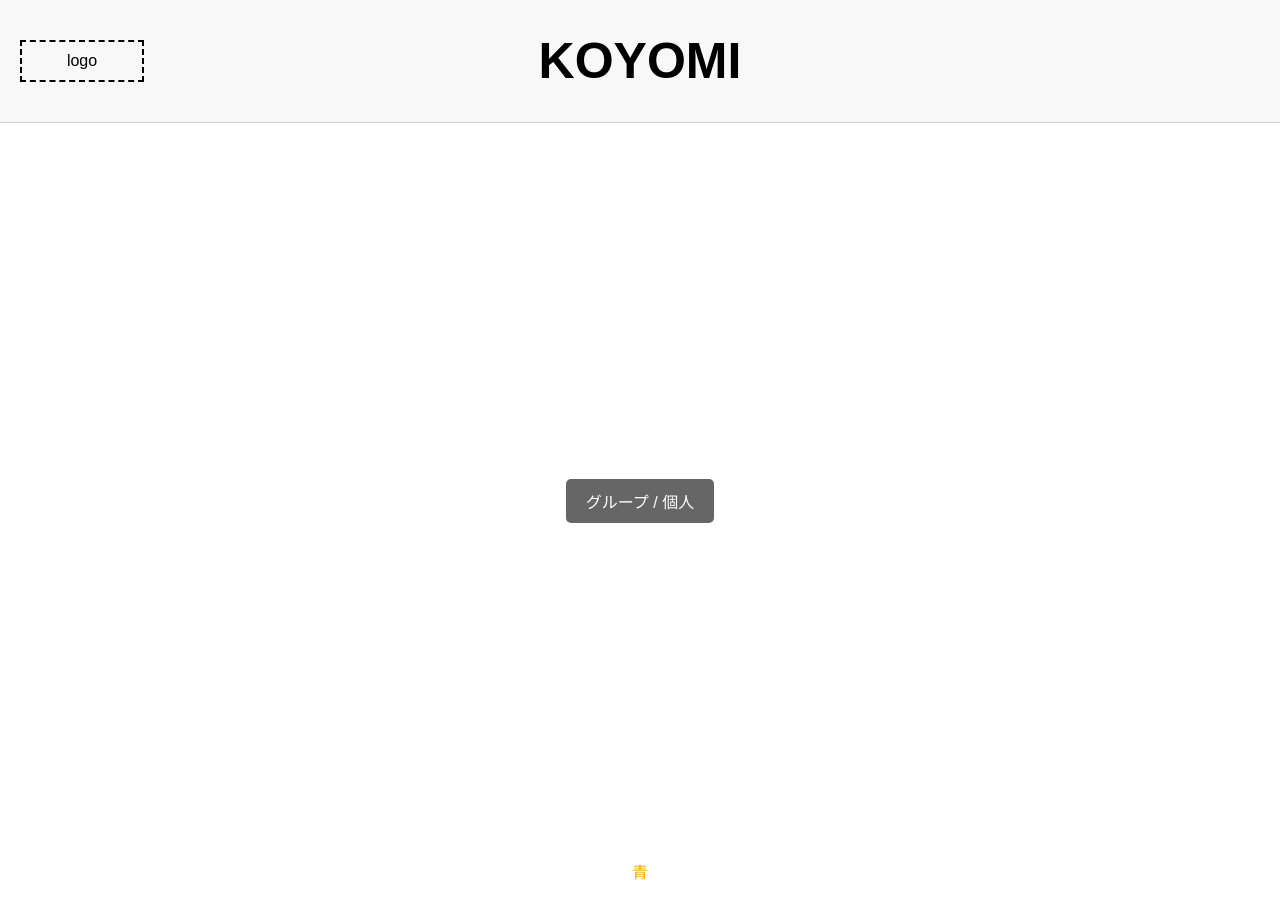
Repository: teramu0602/koyomi
Page: http://localhost/grouplist
The author's editor kept a copy of each file at every save. The page is drawn from the files as they stood at one save, then again after the next save.
The browser window is 1280 px wide. The pictures show the whole page.
Some web fonts or font styles are not loaded; a fallback is used. The page is served by the project's Laravel application, run on PHP 8.4 with Laravel 9. Style sheets and scripts are compiled from the project's sources, by tool versions that may differ from the author's.

Above is the page before, as saved 2025-02-22 10:09:08.

After the next save:
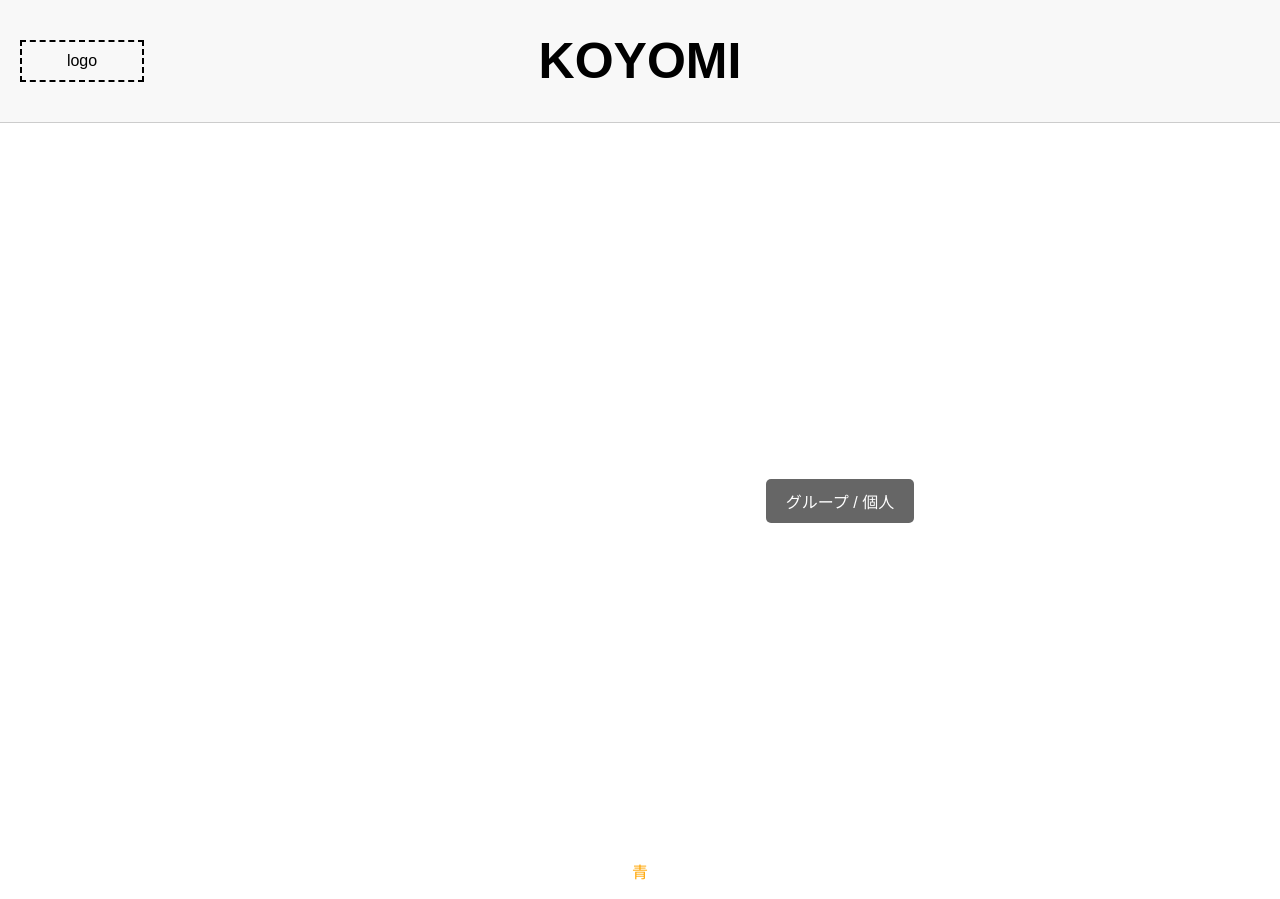
Saved 21 s later.
--- a/public/css/common.admin.css
+++ b/public/css/common.admin.css
@@ -18,7 +18,7 @@ button {
     cursor: pointer;
     margin: 0!important;
     margin-top: 35px!important;
-    margin-right: 0!important;
+    margin-left: 400px!important;
     font-size: 16px;
 
     display: flex !important;
